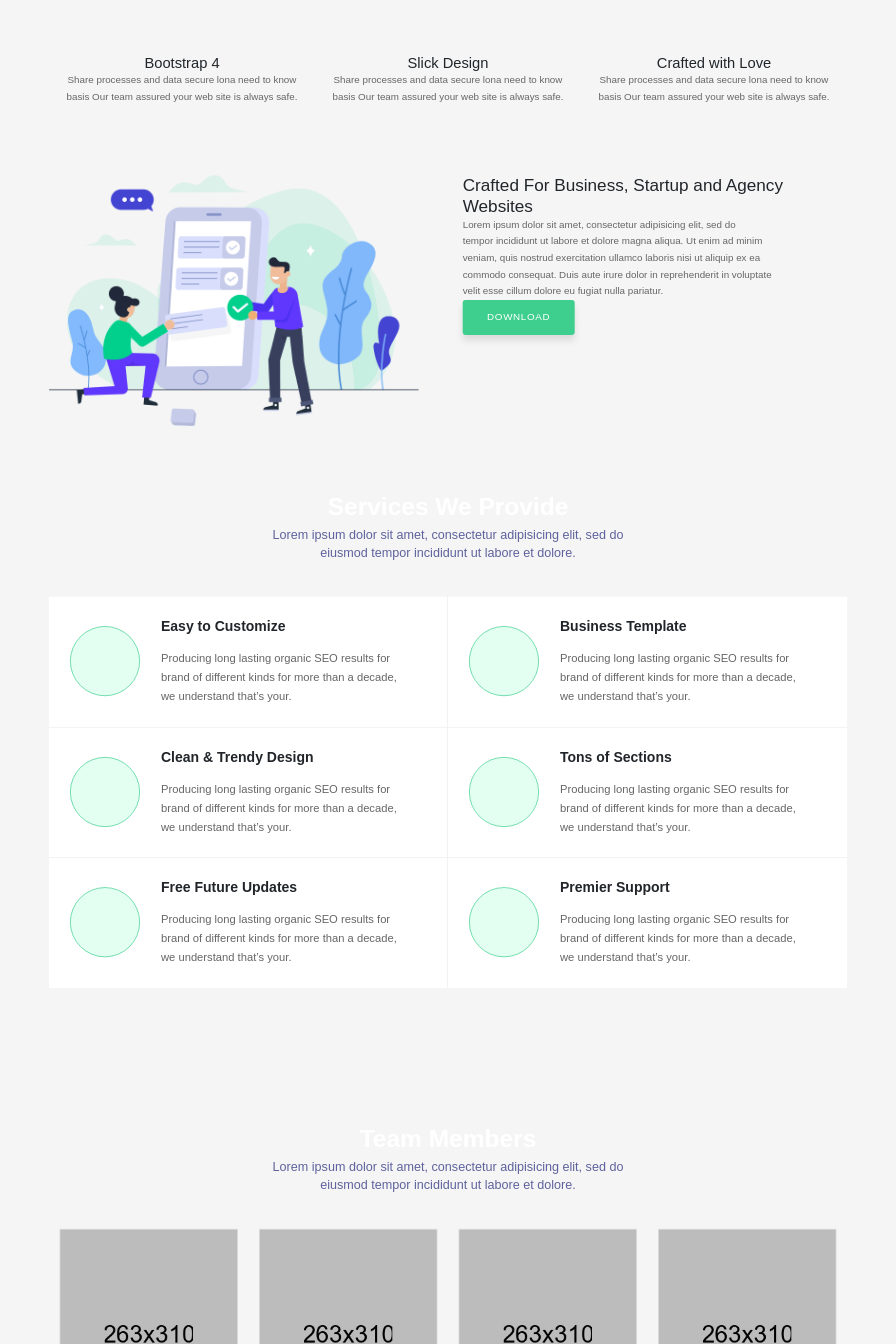
Repository: Villiteam/VueJsView
Page: /
The author's editor kept a copy of each file at every save. The page is drawn from the files as they stood at one save, then again after the next save.
The browser window is 1280 px wide. The pictures show the part of the page from y = 569 to 2489 px (the page is 3911 px tall before and 3552 px after), at 70% of full size.
The project was rebuilt for these pictures with package versions that can differ from the ones it lists, and the page was loaded fresh each time.

Above is the page before, as saved 2020-10-04 12:03:52.

After the next save:
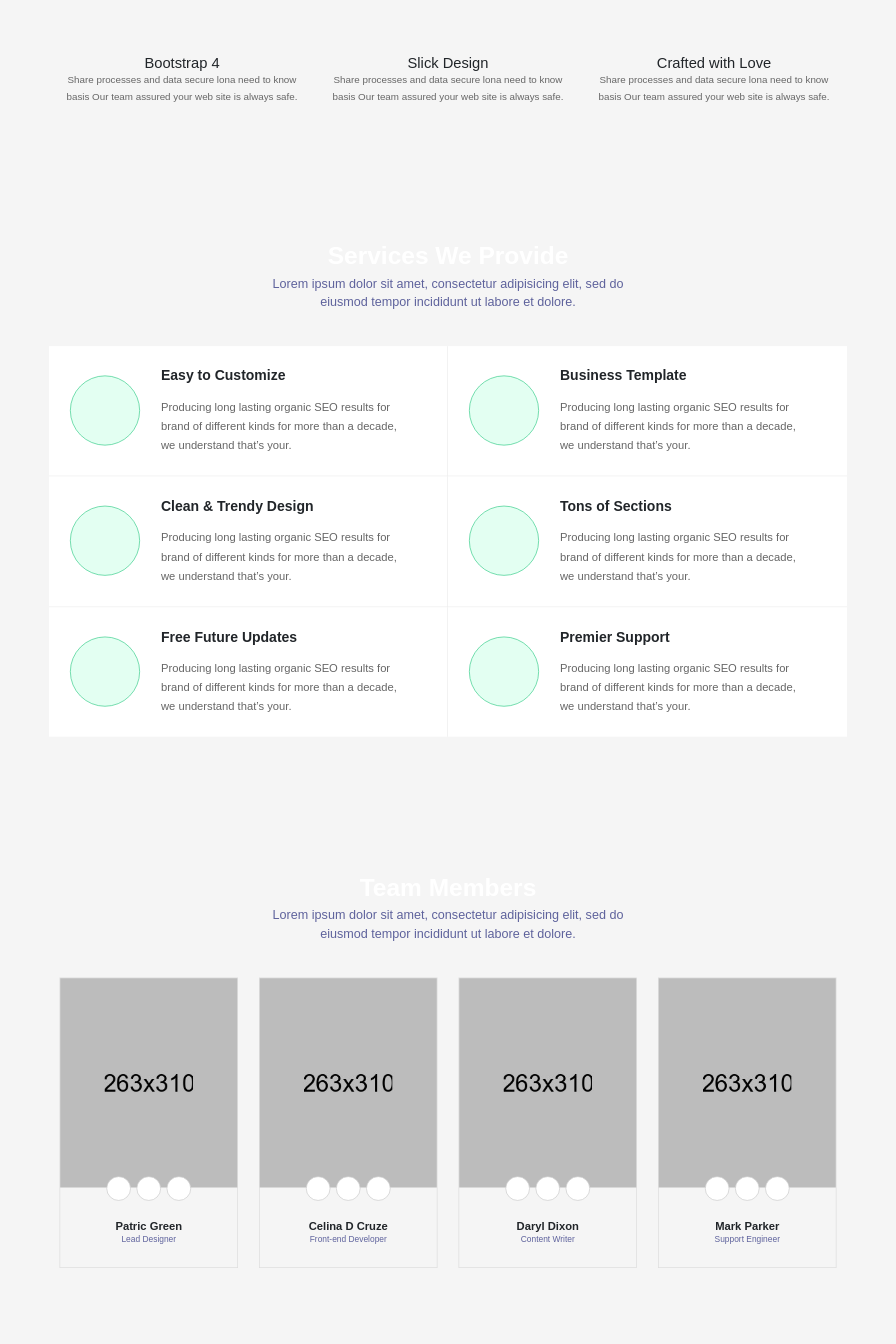
Saved 3 min 34 s later.
--- a/src/views/Index/Home.vue
+++ b/src/views/Index/Home.vue
@@ -61,46 +61,6 @@
       </div>
     </section>
     <!-- Services Section End -->
-
-    <!-- Business Plan Section Start -->
-    <section id="business-plan">
-      <div class="container">
-        <div class="row">
-          <!-- Start Col -->
-          <div class="col-lg-6 col-md-12 pl-0 pt-70 pr-5">
-            <div class="business-item-img">
-              <img
-                src="img/business/business-img.png"
-                class="img-fluid"
-                alt=""
-              />
-            </div>
-          </div>
-          <!-- End Col -->
-          <!-- Start Col -->
-          <div class="col-lg-6 col-md-12 pl-4">
-            <div class="business-item-info">
-              <h3>Crafted For Business, Startup and Agency Websites</h3>
-              <p>
-                Lorem ipsum dolor sit amet, consectetur adipisicing elit, sed do
-                <br />
-                tempor incididunt ut labore et dolore magna aliqua. Ut enim ad
-                minim <br />
-                veniam, quis nostrud exercitation ullamco laboris nisi ut
-                aliquip ex ea <br />
-                commodo consequat. Duis aute irure dolor in reprehenderit in
-                voluptate <br />
-                velit esse cillum dolore eu fugiat nulla pariatur.
-              </p>
-
-              <a class="btn btn-common" href="#">download</a>
-            </div>
-          </div>
-          <!-- End Col -->
-        </div>
-      </div>
-    </section>
-    <!-- Business Plan Section End -->
 
     <!-- Cool Fetatures Section Start -->
     <section id="features" class="section">
